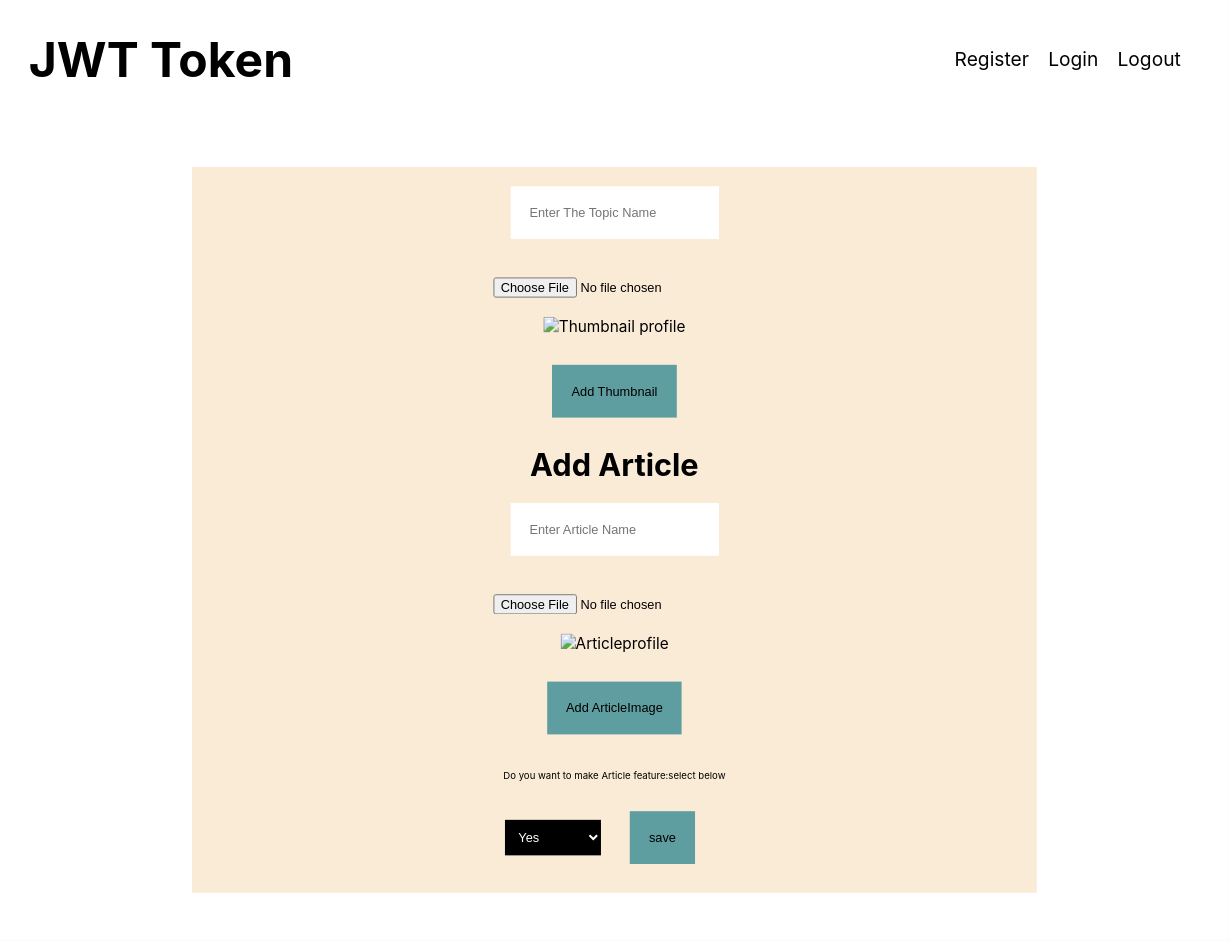
Repository: Prafullkuma/jwttoken
Page: /admin
An editor plug-in stored every save of this project. The page is shown before and after the next save, followed by the edit.
The browser window is 1280 px wide. The pictures show the whole page, at 96% of full size.
The project was rebuilt for these pictures with package versions that can differ from the ones it lists, and the page was loaded fresh each time. Also part of the build but not shown: src/App.css, src/component/Auth/Signup.js, src/component/Auth/Signin.js, src/component/User/User.js, src/component/Home/Home.js, src/component/Auth/Logout.js.

Above is the page before, as saved 2020-08-22 22:12:43.

### src/App.js
import React from 'react';
import { BrowserRouter, Route } from 'react-router-dom'
import './App.css';
import Navbar from './component/Navbar'
import Signup from './component/Auth/Signup';
import Signin from './component/Auth/Signin';
import User from './component/User/User';
import Dashboard from './component/Admin/Dashboard';
import Home from './component/Home/Home';
import Logout from './component/Auth/Logout'
function App() {
  return (
    <div className="App">
      <BrowserRouter>
        <Navbar />
        <Route path="/signup" component={Signup} />
        <Route path="/signin" component={Signin} />
        <Route path="logout" component={Logout} />
        <Route path="/user" component={User} />
        <Route path="/admin" component={Dashboard} />
        <Route exact path="/" component={Home} />
      </BrowserRouter>
    </div>
  );
}

export default App;

### src/component/Navbar.js
import React from 'react'
import { Link } from 'react-router-dom'
import './Navbar.css'
function Navbar() {
    return (
        <div>
            <section className="Nav">
                <h1> <Link to="/">JWT Token</Link></h1>
                <nav className="navbar-items">
                    <ul>
                        <li><Link to="/signup">Register</Link></li>
                        <li><Link to="/signin">Login</Link></li>
                        <li><Link to="/">Logout</Link></li>
                    </ul>

                </nav>
            </section>
        </div>
    )
}

export default Navbar

### src/component/Admin/Dashboard.js
import React, { useState } from 'react'
import './Dashboard.css'
function Dashboard() {
    const [topic, setTopic] = useState('')
    const [thumbnail, setThumbnail] = useState()
    const [title, setTitle] = useState('')
    const [articleImage, setArticleImage] = useState('')
    const [feature, setFeature] = useState('')
    const [flag, setFlag] = useState(false)
    const addThumbnail = (e) => {
        console.log(e.target.file)
    }
    const addArticleImage = () => {

    }
    const saveAllData = () => {

    }
    return (
        <div className="Dashboard">
            <div className="Topic_name">
                <input type="text"
                    value={topic}
                    onChange={e => setTopic(e.target.value)}
                    placeholder="Enter The Topic Name" />
                <br />
                <input type="file"
                    value={thumbnail}
                    onChange={e => setThumbnail(e.target.value)} /><br />
                <img src="" alt="Thumbnail profile" /><br />
                <button onClick={addThumbnail}> Add Thumbnail</button>

            </div>
            <div className="ArticleName">
                <h1> Add Article</h1>
                <input type="text"
                    value={title}
                    placeholder="Enter Article Name"
                    onChange={e => setTitle(e.target.value)} />
                <br />
                <input type="file"
                    value={articleImage}
                    onChange={e => setArticleImage(e.target.value)} /><br />
                <img src="" alt="Articleprofile" /><br />
                <button onClick={addArticleImage}> Add ArticleImage</button><br />
                <span>Do you want to make Article feature:select below</span><br />
                <select value={feature} onChange={e => setFeature(e.target.value)}>
                    <option selected value={true}>Yes</option>
                    <option value={false}>No</option>
                </select>

                <button type="submit" onClick={saveAllData}> save</button>
            </div>

        </div>
    )
}

export default Dashboard

### src/component/Navbar.css
.Nav{
display: flex;
align-items: center;
justify-content: space-between;
padding: 30px;
}
ul,li{
    list-style: none;
    float: left;
    margin: 10px;
    font-size: 20px;
}
.Nav h1{
    font-size: 50px;
}
.Nav a{
    text-decoration: none;
    color:black
}
.navbar-items{
    display: flex;
}

### src/component/Admin/Dashboard.css
.Dashboard{
    margin-top: 50px;
    display: flex;
    flex-direction: column;
    margin: 50px 200px;
    background-color: antiquewhite;
    text-align: center;
}
.Dashboard input{
    border: none;
    padding: 20px;
    margin-top: 20px;
}
.Dashboard button{
    padding: 20px;
    margin: 30px;
    border: none;
    background-color: cadetblue;
    cursor: pointer;
}
.Dashboard span{
    font-size: 10px;
}
.Dashboard select{
    padding: 10px;
    border: none;
    background-color: black;
    color:white;
    width:100px;
}

Loaded but not shown: src/index.js (common file); src/index.css (common file)

After the next save:
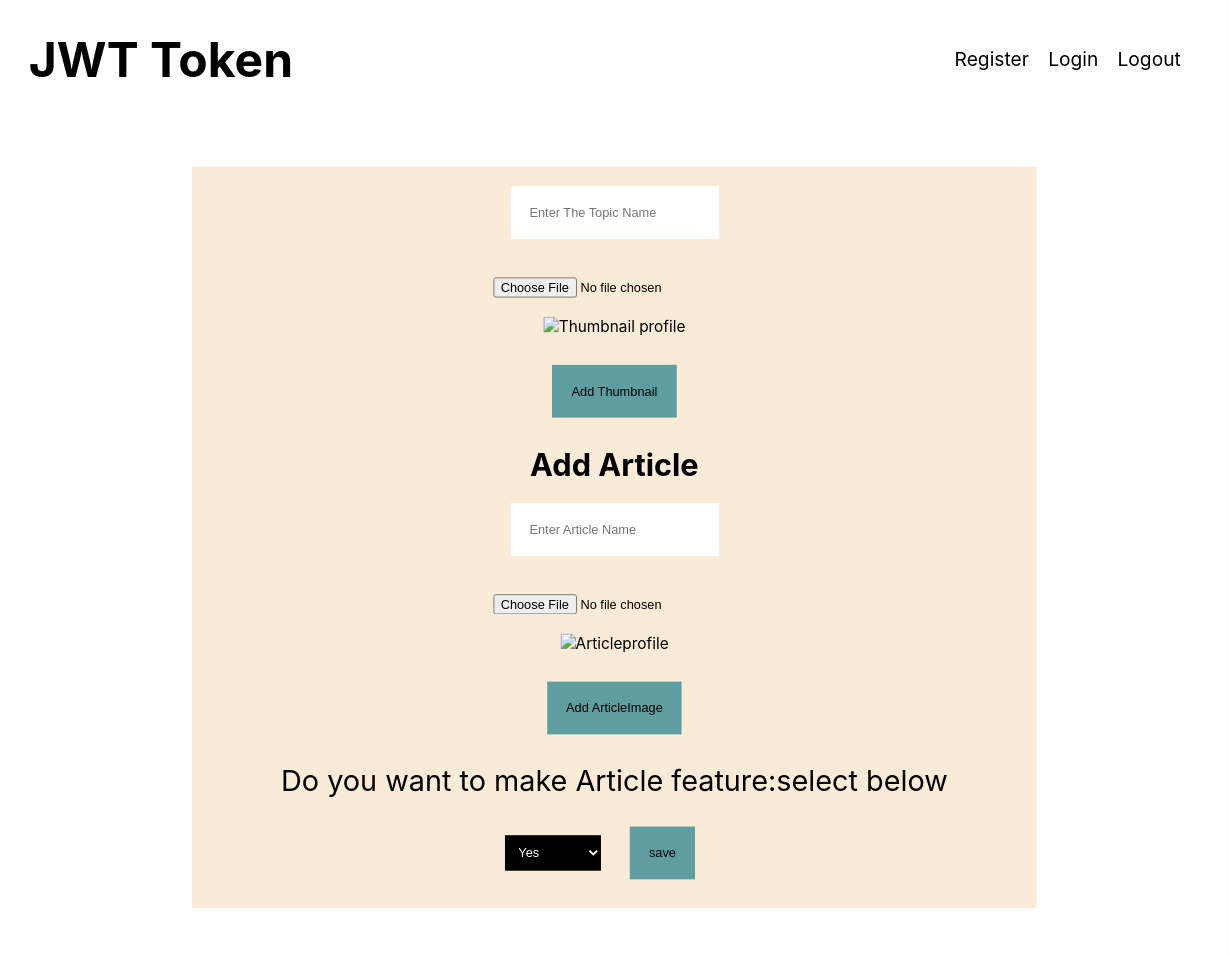
Saved 9 s later.
--- a/src/component/Admin/Dashboard.css
+++ b/src/component/Admin/Dashboard.css
@@ -19,7 +19,7 @@
     cursor: pointer;
 }
 .Dashboard span{
-    font-size: 10px;
+    font-size: 30px;
 }
 .Dashboard select{
     padding: 10px;
